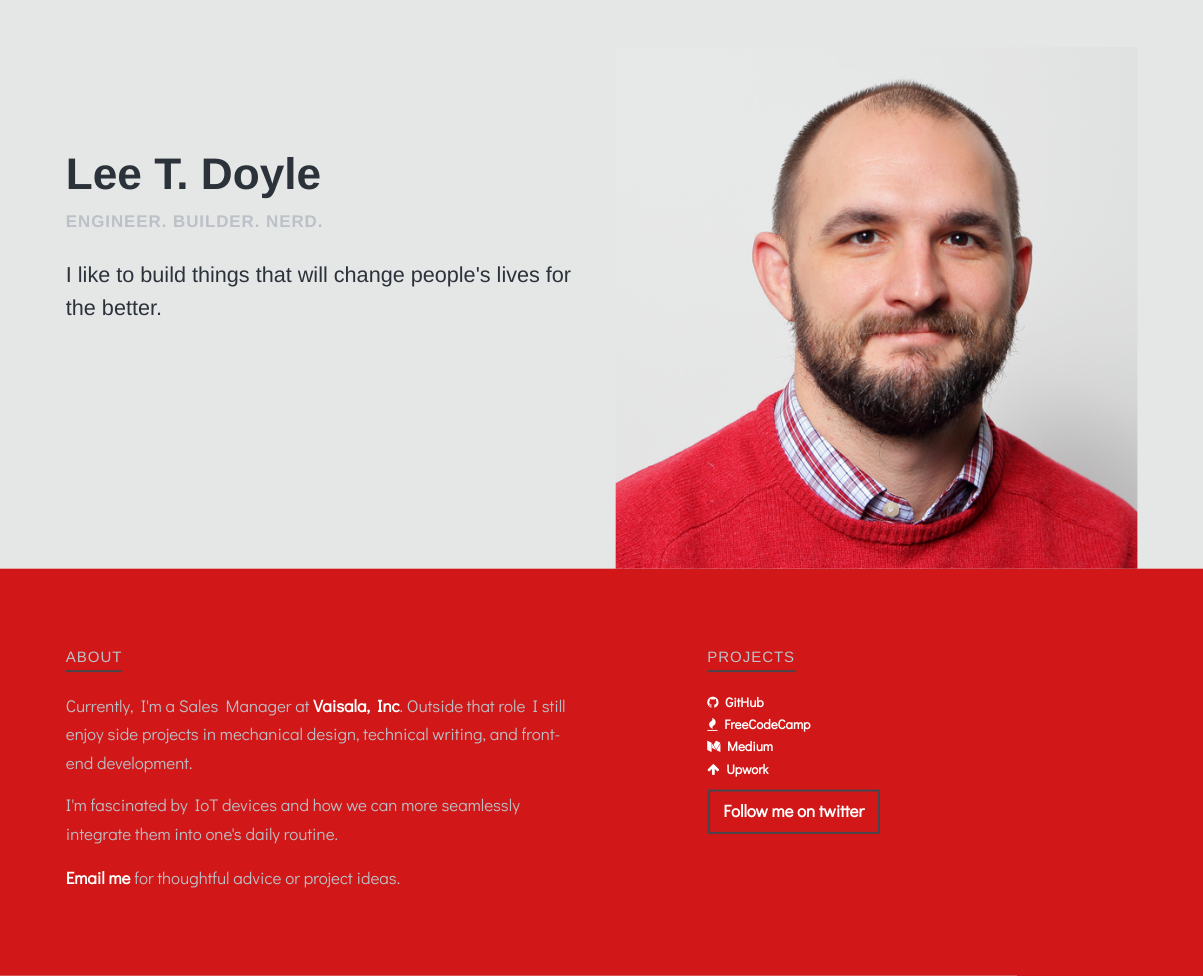
Repository: ldoyle0/ldoyle0.github.io
Page: index.html
The author's editor kept a record of every edit. The page is drawn from the files as they stood at one moment, then again after the next edit.
The browser window is 1280 px wide. The pictures show the whole page, at 94% of full size.
Some web libraries are served in a nearby version.

Above is the page before.

### index.html
<!DOCTYPE html>
<html lang="en">

<head>

<!-- Meta Data -->
    <meta charset="utf-8">
    <meta http-equiv="X-UA-Compatible" content="IE=edge">
    <meta name="viewport" content="width=device-width, initial-scale=1">
    <meta name="description" content="I like to build things that will change people's lives for the better.">
    <meta name="author" content="Lee Doyle">
    <link rel="shortcut icon" href="./img/flame-icon-red.jpg">

    <title>Lee Doyle – Builder</title>


<!-- Styles -->
    <link href="https://fonts.googleapis.com/css?family=Didact+Gothic" rel="stylesheet">
    <link href="https://maxcdn.bootstrapcdn.com/font-awesome/4.4.0/css/font-awesome.min.css" rel="stylesheet">

    <link rel="stylesheet" href="./css/bootstrap.min.css">
    <link rel="stylesheet" href="./css/style.css" >

</head>

<body>
    <div class="title">
    <div class="container">
        <div class="row">
            <div class="col-sm-6 col-md-6 left">
                <h1>Lee T. Doyle</h1>
                <h2><strong>Engineer. Builder. Nerd.</strong></h2>
                <h3>I like to build things that will change people's lives for the better.</h3>
            </div>
            <div class="col-sm-6 col-md-6 right">
                <img src="./img/LED.jpg">
            </div>
        </div>
    </div>
    </div>

<footer>
    <div class="container">
        <div class="row">
            <div class="col-sm-6 col-md-6">
                <h4>About</h4>
                <p>
                    Currently, I'm a Sales Manager at <a href="http://www.vaisala.com/en/Pages/default.aspx">Vaisala, Inc</a>.
                    Outside that role I still enjoy side projects in mechanical design, technical writing, and
                    front-end development.
                </p>
                <p>
                    I'm fascinated by IoT devices and how we can more seamlessly integrate them into one's daily routine.
                </p>
                <p>
                    <a href="mailto:ldoyle0@gmail.com">Email me</a> for thoughtful advice or project ideas.
                </p>
            </div>
            <div class="col-sm-6 col-md-3 col-md-offset-1">
                <h4>Projects</h4>
                <ul>
                    <li><a href="https://github.com/ldoyle0"><i class="fa fa-github"></i>GitHub</a></li>
                    <li><a href="https://www.freecodecamp.org/ldoyle0"><i class="fa fa-fire"></i>FreeCodeCamp</a></li>
                    <li><a href="https://medium.com/@leetdoyle"><i class="fa fa-medium"></i>Medium</a></li>
                    <li><a href="https://www.upwork.com/o/profiles/users/_~01666dd24ce2e08ba3/"><i class="fa fa-arrow-up"></i>Upwork</a></li>
                </ul>
                <p><a class="follow-btn" href="http://www.twitter.com/ldoyle0">Follow  me on twitter</a></p>
            </div>
        </div>
    </div>
</footer>

</body>

</html>

### css/style.css
@import "bootstrap.min.css";

/*
color scheme
#d11717 - red
#17d1d1 - blue-green
#74d117 - green
*/

/* General */

body {
  color: #bbc1c7;
  background-color: #d11717;
  font-family: 'Didact Gothic', Arial, sans-serif;
  font-weight: 400;
  line-height: 1.7;
}

div {
  display: block;
}

h1,
h2,
h3 {
  line-height: 40px;
}

h1 {
  font-size: 47px;
  font-weight: 700;
  color: #2b323a;
  margin: 0 0 10px 0;
}
h2 {
  font-size: 18px;
  text-transform: uppercase;
  font-weight: 500;
  letter-spacing: 1px;
  margin: 0;
}
h3 {
  font-size: 23px;
  color: #2b323a;
  line-height: 1.5;
  margin: 20px 0 0 0;
}
h4 {
  display: inline-block;
  text-transform: uppercase;
  font-size: 16px;
  font-weight: 400;
  letter-spacing: 1px;
  border-bottom: 2px solid #41474e;
  padding-bottom: 5px;
  margin-bottom: 20px;
}

div i {
    margin-right: 7px;
}

p {
  font-size: 18px;
}

a,
a:visited {
  text-decoration: none;
  font-weight: 600;
  color: white;
}
a:hover,
a:focus,
a:active {
  color: white;
  border-bottom: 1px solid white;
  padding-bottom: 5px;
}

/* Title */

.title {
    background-color: #e5e6e6;
}

@media only screen and (min-width: 1200px) {
  .title {
    min-height: 492px;
  }
}
.title .left {
  padding-top: 165px;
  padding-bottom: 125px;
}
@media only screen and (max-width: 767px) {
  .title .left {
    padding-top: 30px;
    padding-bottom: 0;
  }
}
@media only screen and (min-width: 768px) and (max-width: 991px) {
  .title .left {
    padding-top: 80px;
    padding-bottom: 0;
  }
}
.title .right {
  padding-top: 50px;
}
@media only screen and (max-width: 767px) {
  .title h2 {
    font-size: 16px;
  }
}
.title h2 em {
  padding-left: 5px;
  padding-right: 5px;
}
@media only screen and (max-width: 767px) {
  .title h2 em {
    padding-left: 0;
    padding-right: 0;
    font-size: 16px;
  }
}

img {
  max-width: 100%;
}

/* Footer */

footer {
  padding-top: 75px;
  padding-bottom: 0;
}
@media only screen and (max-width: 767px) {
  footer {
    padding-top: 30px;
    padding-bottom: 0;
  }
}
footer ul,
footer ul li {
  list-style-type: none;
  padding: 0;
  margin: 0;
}
footer .row > div {
  padding-bottom: 75px;
}
@media only screen and (max-width: 767px) {
  footer .row > div {
    padding-bottom: 50px;
  }
}
footer .follow-btn {
  border: 2px solid #41474e;
  padding: 5px 15px 8px 15px;
  margin-top: 10px;
  display: inline-block;
}
footer .follow-btn:hover {
  background-color: #41474e;
}
footer p {
  margin-bottom: 15px;
}

Loaded but not shown: css/bootstrap.min.css (library)

After the next edit:
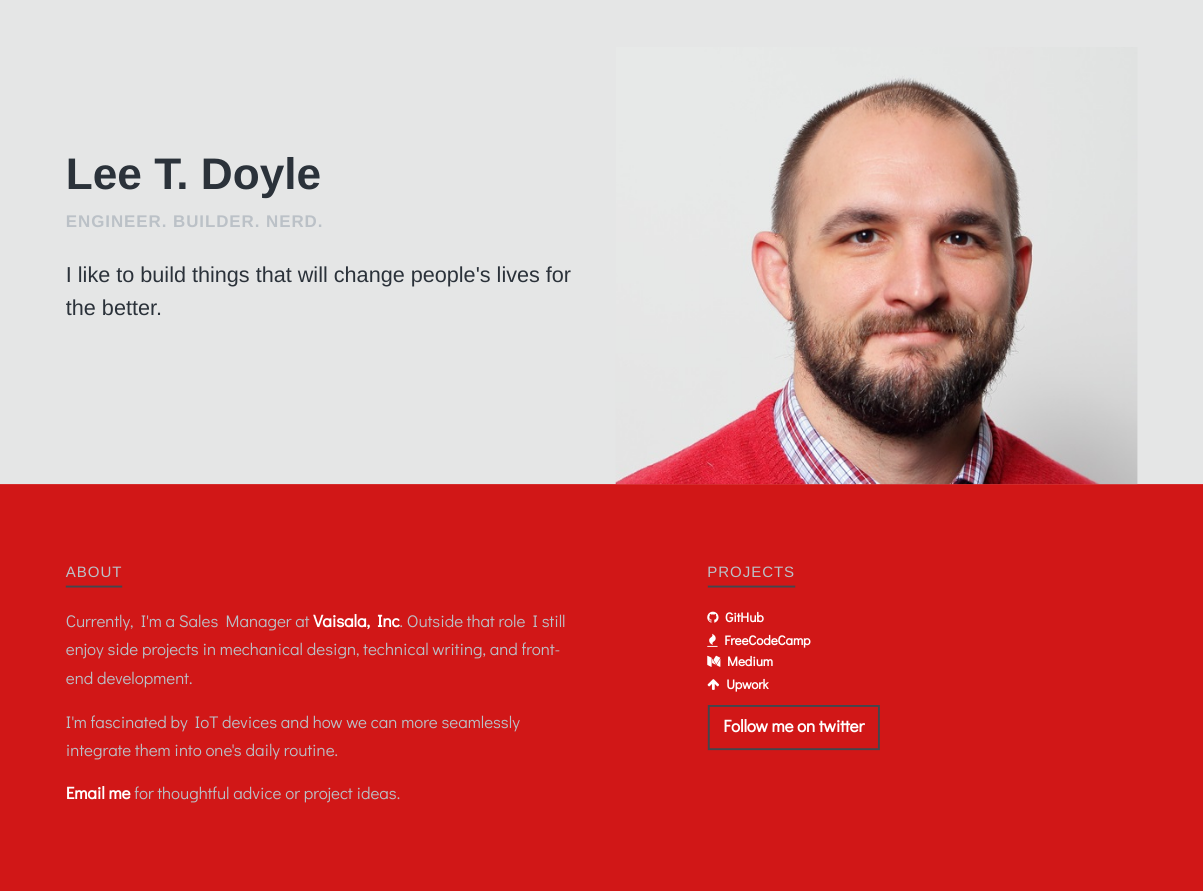
The edit:
--- a/index.html
+++ b/index.html
@@ -33,7 +33,7 @@
                 <h3>I like to build things that will change people's lives for the better.</h3>
             </div>
             <div class="col-sm-6 col-md-6 right">
-                <img src="./img/LED.jpg">
+                <img src="./img/LED-1.jpg">
             </div>
         </div>
     </div>
